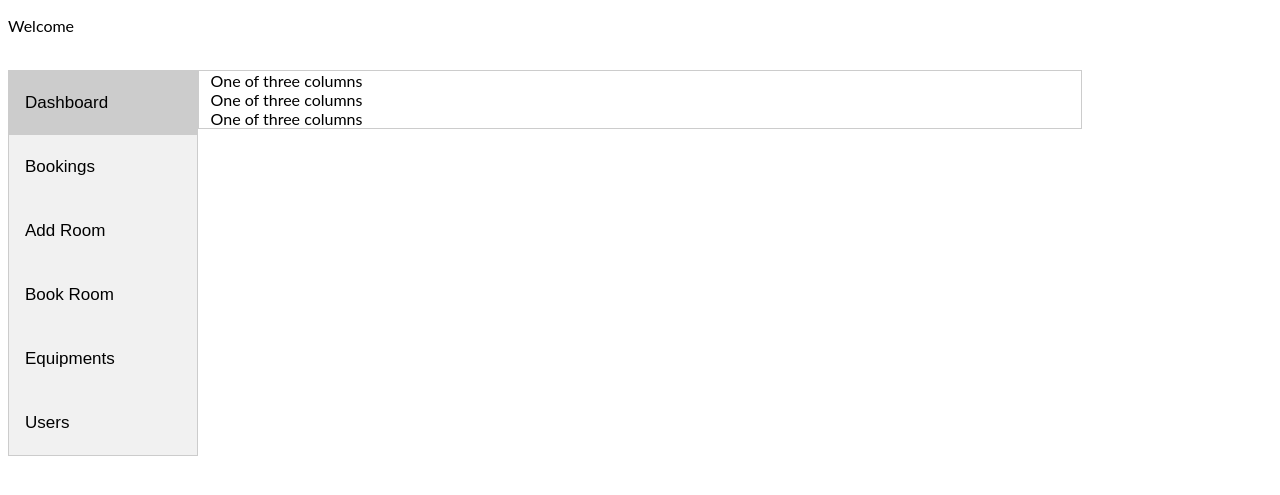
Repository: abhi608/visa_tutorial
Page: meetingroomapp/src/main/resources/static/dashboardView.html
The author's editor kept a copy of each file at every save. The page is drawn from the files as they stood at one save, then again after the next save.
The browser window is 1280 px wide. The pictures show the whole page.

Above is the page before, as saved 2018-08-07 06:59:43.

After the next save:
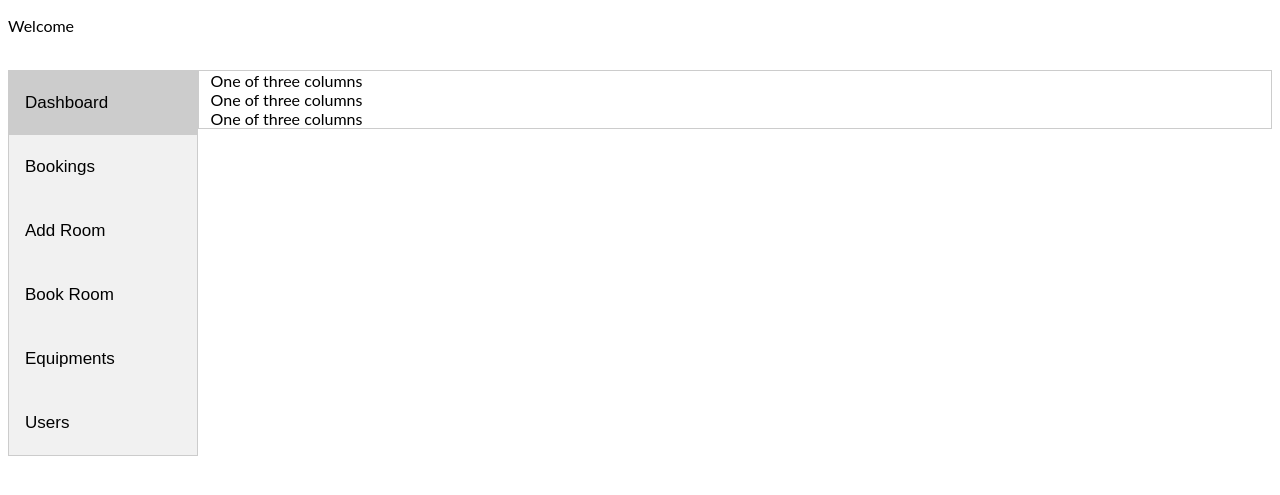
Saved 53 s later.
--- a/meetingroomapp/src/main/resources/static/dashboardView.html
+++ b/meetingroomapp/src/main/resources/static/dashboardView.html
@@ -45,7 +45,7 @@ body {font-family: "Lato", sans-serif;}
     float: left;
     padding: 0px 12px;
 	border: 1px solid #ccc;
-    width: 70%;
+    width: 85%;
     border-left: 1px solid #ccc ;
     border-bottom: 1px solid #ccc;
     /* height: 300px;*/
